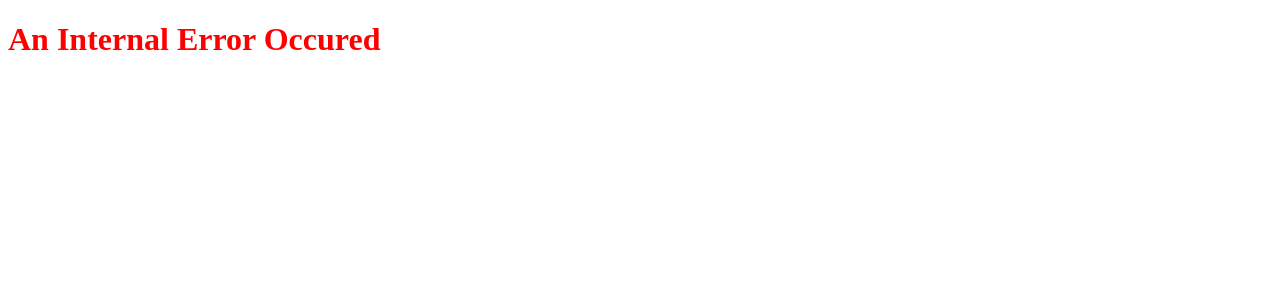
Repository: Solankinikhil/DailyWork
Page: http://localhost/JSP/Error.jsp
An editor plug-in stored every save of this project. The page is shown before and after the next save, followed by the edit.
The browser window is 1280 px wide. The pictures show the whole page.
The page is served by Tomcat 9.

Above is the page before, as saved 2020-03-09 05:40:18.

### eclipse-workspace/JSP/WebContent/Error.jsp
<%@ page language="java" contentType="text/html; charset=ISO-8859-1"
	pageEncoding="ISO-8859-1"%>
<!DOCTYPE html>
<html>
<head>
<meta charset="ISO-8859-1">
<title>Insert title here</title>
</head>
<body>
	<h1 style="font-size: 30; color: RED">An Internal Error Occured</h1>
</body>
</html>

After the next save:
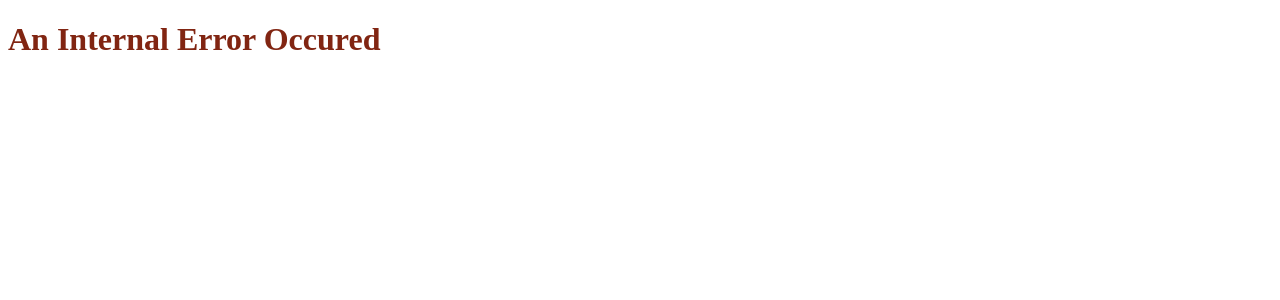
Saved 112 s later.
--- a/eclipse-workspace/JSP/WebContent/Error.jsp
+++ b/eclipse-workspace/JSP/WebContent/Error.jsp
@@ -7,6 +7,6 @@
 <title>Insert title here</title>
 </head>
 <body>
-	<h1 style="font-size: 30; color: RED">An Internal Error Occured</h1>
+	<h1 style="font-size: 30; color: #812512">An Internal Error Occured</h1>
 </body>
 </html>
